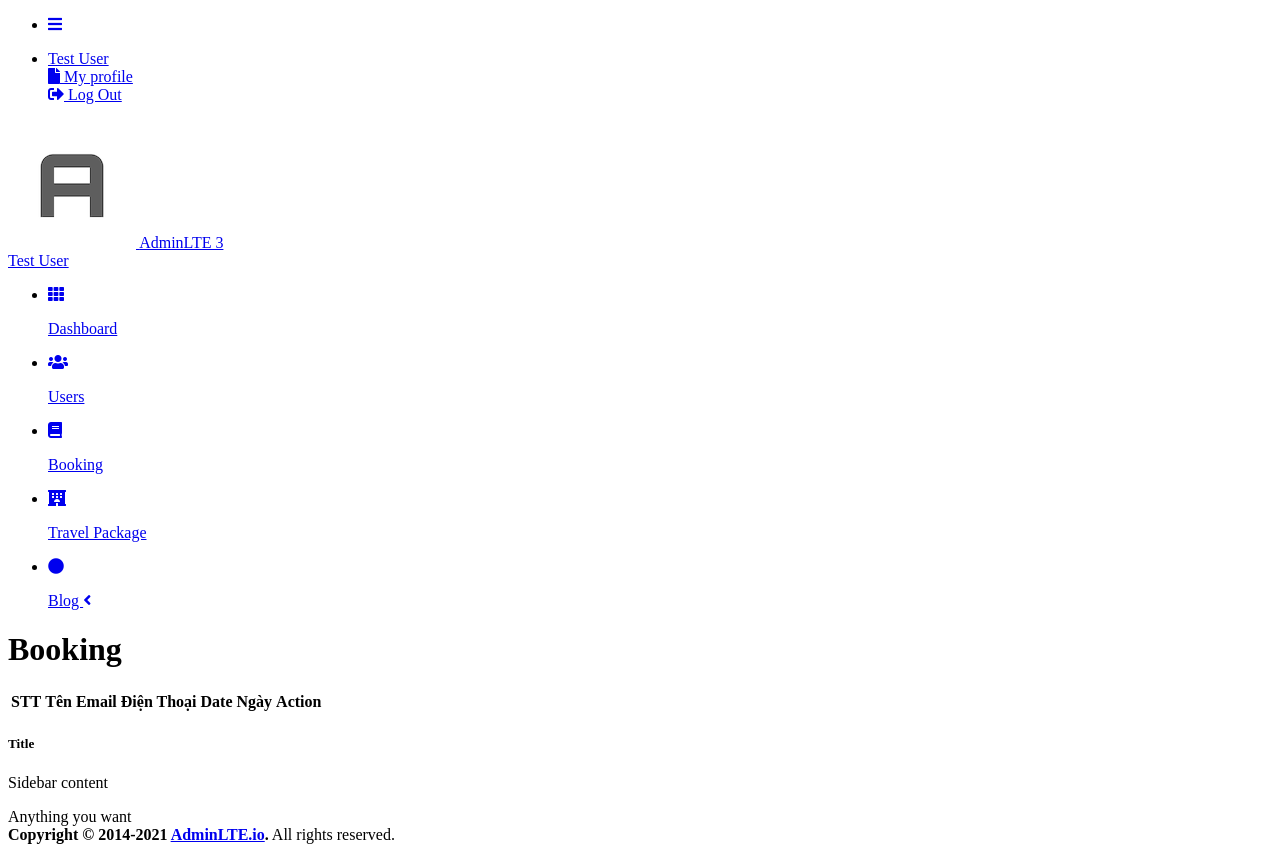
Repository: Thanghuu01222059/Booking-hotel
Page: http://localhost/admin/bookings
These files come from the project's save history. The page is drawn as it stood at one moment and after the next save; the edit follows.
The browser window is 1280 px wide. The pictures show the whole page.
Some web fonts or font styles are not loaded; a fallback is used. The page is served by the project's Laravel application, run on PHP 8.4 with Laravel 10. A made-up administrator, Test User (test@example.com), is signed in. Other server files are loaded and not shown. Queries for data that is not in the repository find no rows.

Above is the page before, as saved 2023-11-04 16:50:34.
Console error: TypeError: Cannot read properties of undefined (reading 'fn')

### routes/web.php
<?php

use Illuminate\Support\Facades\Route;
use Illuminate\Support\Facades\Auth;


Auth::routes(['register' => false]);


Route::group(['middleware' => ['is_admin','auth'], 'prefix' => 'admin', 'as' => 'admin.'], function() {
    Route::get('dashboard', [App\Http\Controllers\Admin\DashboardController::class, 'index'])->name('dashboard');

    // booking
    Route::resource('bookings', \App\Http\Controllers\Admin\BookingController::class)->only(['index', 'destroy']);
    // travel packages
    Route::resource('travel_packages', \App\Http\Controllers\Admin\TravelPackageController::class)->except('show');
    Route::resource('travel_packages.galleries', \App\Http\Controllers\Admin\GalleryController::class)->except(['create', 'index','show']);
    // categories
    Route::resource('categories', \App\Http\Controllers\Admin\CategoryController::class)->except('show');
    // blogs
    Route::resource('blogs', \App\Http\Controllers\Admin\BlogController::class)->except('show');
    // profile
    Route::get('users', [\App\Http\Controllers\UserController::class, 'index'])->name('users.index');
    Route::get('profile', [\App\Http\Controllers\ProfileController::class, 'show'])->name('profile.show');
    Route::put('profile', [\App\Http\Controllers\ProfileController::class, 'update'])->name('profile.update');
});

Route::get('/', [\App\Http\Controllers\HomeController::class, 'index'])->name('homepage');
// travel packages
Route::get('travel-packages',[\App\Http\Controllers\TravelPackageController::class, 'index'])->name('travel_package.index');
Route::get('travel-packages/{travel_package:slug}',[\App\Http\Controllers\TravelPackageController::class, 'show'])->name('travel_package.show');
// blogs
Route::get('blogs', [\App\Http\Controllers\BlogController::class, 'index'])->name('blog.index');
Route::get('blogs/{blog:slug}', [\App\Http\Controllers\BlogController::class, 'show'])->name('blog.show');
Route::get('blogs/category/{category:slug}', [\App\Http\Controllers\BlogController::class, 'category'])->name('blog.category');
// contact
Route::get('contact', function() {
    return view('contact');
})->name('contact');
// booking
Route::post('booking', [App\Http\Controllers\BookingController::class, 'store'])->name('booking.store');

### app/Http/Controllers/Admin/BookingController.php
<?php

namespace App\Http\Controllers\Admin;

use App\Models\Booking;
use Illuminate\Http\Request;
use App\Http\Controllers\Controller;

class BookingController extends Controller
{
    /**
     * Display a listing of the resource.
     */
    public function index()
    {
        $bookings = Booking::with('travel_package')->paginate(10);

        return view('admin.bookings.index', compact('bookings'));
    }

    /**
     * Show the form for creating a new resource.
     */
    public function create()
    {
        //
    }

    /**
     * Store a newly created resource in storage.
     */
    public function store(Request $request)
    {
        //
    }

    /**
     * Display the specified resource.
     */
    public function show(string $id)
    {
        //
    }

    /**
     * Show the form for editing the specified resource.
     */
    public function edit(string $id)
    {
        //
    }

    /**
     * Update the specified resource in storage.
     */
    public function update(Request $request, string $id)
    {
        //
    }

    /**
     * Remove the specified resource from storage.
     */
    public function destroy(Booking $booking)
    {
        $booking->delete();

        return redirect()->back()->with([
            'message' => 'success deleted !',
            'alert-type' => 'danger'
        ]);
    }
}

### app/Models/Booking.php
<?php

namespace App\Models;

use Illuminate\Database\Eloquent\Factories\HasFactory;
use Illuminate\Database\Eloquent\Model;

class Booking extends Model
{
    use HasFactory;

    protected $guarded = ['id'];

    public function travel_package()
    {
        return $this->belongsTo(TravelPackage::class);
    }
}

### resources/views/admin/bookings/index.blade.php
@extends('layouts.app')

@section('content')
    <!-- Content Header (Page header) -->
    <div class="content-header">
        <div class="container-fluid">
            <div class="row mb-2">
                <div class="col-sm-12 justify-content-between d-flex">
                    <h1 class="m-0">{{ __('Booking') }}</h1>
                </div><!-- /.col -->
            </div><!-- /.row -->
        </div><!-- /.container-fluid -->
    </div>
    <!-- /.content-header -->

    <!-- Main content -->
    <div class="content">
        <div class="container-fluid">
            <div class="row">
                <div class="col-lg-12">

                    <div class="card">
                        <div class="card-body p-0">

                            <table class="table">
                                <thead>
                                    <tr>
                                        <th>STT</th>
                                        <th>Tên</th>
                                        <th>Email</th>
                                        <th>Điện Thoại</th>
                                        <th>Date</th>
                                        <th>Ngày</th>
                                        <th>Action</th>
                                    </tr>
                                </thead>
                                <tbody>
                                @foreach($bookings as $booking)
                                    <tr>
                                        <td>{{ $loop->iteration }}</td>
                                        <td>{{ $booking->name }}</td>
                                        <td>{{ $booking->email }}</td>
                                        <td>{{ $booking->number_phone }}</td>
                                        <td>{{ $booking->date }}</td>
                                        <td>{{ $booking->travel_package->location }}</td>
                                        <td>
                                            <form onclick="return confirm('are you sure ?');" class="d-inline-block" action="{{ route('admin.bookings.destroy', [$booking]) }}" method="post">
                                                @csrf
                                                @method('delete')
                                                <button class="btn btn-sm btn-danger"> <i class="fa fa-trash"></i> </button>
                                            </form>
                                        </td>
                                    </tr>
                                @endforeach
                                </tbody>
                            </table>
                        </div>
                        <!-- /.card-body -->

                        <div class="card-footer clearfix">
                            {{ $bookings->links() }}
                        </div>
                    </div>

                </div>
            </div>
            <!-- /.row -->
        </div><!-- /.container-fluid -->
    </div>
    <!-- /.content -->
@endsection

### resources/views/layouts/app.blade.php
<!DOCTYPE html>
<html lang="en">
<head>
    <meta charset="utf-8">
    <meta name="viewport" content="width=device-width, initial-scale=1">
    <title>{{ config('app.name', 'Laravel') }}</title>

    <!-- Google Font: Source Sans Pro -->
    <link rel="stylesheet"
          href="https://fonts.googleapis.com/css?family=Source+Sans+Pro:300,400,400i,700&display=fallback">
    <!-- Font Awesome -->
    <link rel="stylesheet" href="{{ asset('css/fontawesome.min.css') }}">
    <!-- Theme style -->
    <link rel="stylesheet" href="{{ asset('css/adminlte.min.css') }}">
    @yield('styles')
</head>
<body class="hold-transition sidebar-mini">
<div class="wrapper">

    <!-- Navbar -->
    <nav class="main-header navbar navbar-expand navbar-white navbar-light">
        <!-- Left navbar links -->
        <ul class="navbar-nav">
            <li class="nav-item">
                <a class="nav-link" data-widget="pushmenu" href="#" role="button"><i class="fas fa-bars"></i></a>
            </li>
        </ul>

        <!-- Right navbar links -->
        <ul class="navbar-nav ml-auto">
            <li class="nav-item dropdown">
                <a class="nav-link" data-toggle="dropdown" href="#" aria-expanded="false">
                    {{ Auth::user()->name }}
                </a>
                <div class="dropdown-menu dropdown-menu-right" style="left: inherit; right: 0px;">
                    <a href="{{ route('admin.profile.show') }}" class="dropdown-item">
                        <i class="mr-2 fas fa-file"></i>
                        {{ __('My profile') }}
                    </a>
                    <div class="dropdown-divider"></div>
                    <form method="POST" action="{{ route('logout') }}">
                        @csrf
                        <a href="{{ route('logout') }}" class="dropdown-item"
                           onclick="event.preventDefault(); this.closest('form').submit();">
                            <i class="mr-2 fas fa-sign-out-alt"></i>
                            {{ __('Log Out') }}
                        </a>
                    </form>
                </div>
            </li>
        </ul>
    </nav>
    <!-- /.navbar -->

    <!-- Main Sidebar Container -->
    <aside class="main-sidebar sidebar-dark-primary elevation-4">
        <!-- Brand Logo -->
        <a href="/" class="brand-link">
            <img src="{{ asset('images/AdminLTELogo.png') }}" alt="AdminLTE Logo"
                 class="brand-image img-circle elevation-3"
                 style="opacity: .8">
            <span class="brand-text font-weight-light">AdminLTE 3</span>
        </a>

        @include('layouts.navigation')
    </aside>

    <!-- Content Wrapper. Contains page content -->
    <div class="content-wrapper">
        @if(count($errors) > 0 )
        <div class="content-header mb-0 pb-0">
            <div class="container-fluid">
                <div class="alert alert-danger alert-dismissible fade show" role="alert">
                    <button type="button" class="close" data-dismiss="alert" aria-label="Close">
                        <span aria-hidden="true">&times;</span>
                    </button>
                    <ul class="p-0 m-0" style="list-style: none;">
                        @foreach($errors->all() as $error)
                        <li>{{$error}}</li>
                        @endforeach
                    </ul>
                </div>
            </div>
        </div>
        @endif
        @if(session()->has('message'))
            <div class="content-header mb-0 pb-0">
                <div class="container-fluid">
                    <div class="mb-0 alert alert-{{ session()->get('alert-type') }} alert-dismissible fade show" role="alert">
                        <strong>{{ session()->get('message') }}</strong>
                        <button type="button" class="close" data-dismiss="alert" aria-label="Close">
                            <span aria-hidden="true">&times;</span>
                        </button>
                    </div>
                </div><!-- /.container-fluid -->
            </div>
        @endif
        @yield('content')
    </div>
    <!-- /.content-wrapper -->

    <!-- Control Sidebar -->
    <aside class="control-sidebar control-sidebar-dark">
        <!-- Control sidebar content goes here -->
        <div class="p-3">
            <h5>Title</h5>
            <p>Sidebar content</p>
        </div>
    </aside>
    <!-- /.control-sidebar -->

    <!-- Main Footer -->
    <footer class="main-footer">
        <!-- To the right -->
        <div class="float-right d-none d-sm-inline">
            Anything you want
        </div>
        <!-- Default to the left -->
        <strong>Copyright &copy; 2014-2021 <a href="https://adminlte.io">AdminLTE.io</a>.</strong> All rights reserved.
    </footer>
</div>
<!-- ./wrapper -->

<!-- REQUIRED SCRIPTS -->

@vite('resources/js/app.js')
<!-- AdminLTE App -->
<script src="{{ asset('js/adminlte.min.js') }}" defer></script>

@yield('scripts')
</body>
</html>

### resources/views/layouts/navigation.blade.php
<!-- Sidebar -->
<div class="sidebar">
    <!-- Sidebar user panel (optional) -->
    <div class="user-panel mt-3 pb-3 mb-3 d-flex">
        <div class="info">
            <a href="{{ route('admin.profile.show') }}" class="d-block">{{ Auth::user()->name }}</a>
        </div>
    </div>

    <!-- Sidebar Menu -->
    <nav class="mt-2">
        <ul class="nav nav-pills nav-sidebar flex-column" data-widget="treeview" role="menu"
            data-accordion="false">
            <li class="nav-item">
                <a href="{{ route('admin.dashboard') }}" class="nav-link">
                    <i class="nav-icon fas fa-th"></i>
                    <p>
                        {{ __('Dashboard') }}
                    </p>
                </a>
            </li>

            <li class="nav-item">
                <a href="{{ route('admin.users.index') }}" class="nav-link">
                    <i class="nav-icon fas fa-users"></i>
                    <p>
                        {{ __('Users') }}
                    </p>
                </a>
            </li>
            <li class="nav-item">
                <a href="{{ route('admin.bookings.index') }}" class="nav-link">
                    <i class="nav-icon fas fa-book"></i>
                    <p>
                        {{ __('Booking') }}
                    </p>
                </a>
            </li>

            <li class="nav-item">
                <a href="{{ route('admin.travel_packages.index') }}" class="nav-link">
                    <i class="nav-icon fa fa-hotel"></i>
                    <p>
                        {{ __('Travel Package') }}
                    </p>
                </a>
            </li>

            <li class="nav-item">
                <a href="#" class="nav-link">
                    <i class="nav-icon fas fa-circle nav-icon"></i>
                    <p>
                        Blog
                        <i class="fas fa-angle-left right"></i>
                    </p>
                </a>
                <ul class="nav nav-treeview" style="display: none;">
                    <li class="nav-item">
                        <a href="{{ route('admin.categories.index') }}" class="nav-link">
                            <i class="far fa-circle nav-icon"></i>
                            <p>Category</p>
                        </a>
                    </li>
                    <li class="nav-item">
                        <a href="{{ route('admin.blogs.index') }}" class="nav-link">
                            <i class="far fa-circle nav-icon"></i>
                            <p>Add Blog</p>
                        </a>
                    </li>
                </ul>
            </li>
        </ul>
    </nav>
    <!-- /.sidebar-menu -->
</div>
<!-- /.sidebar -->

Loaded but not shown: app/Http/Controllers/Auth/ConfirmPasswordController.php (common file); app/Http/Controllers/Controller.php (common file); app/Models/User.php (common file); public/css/fontawesome.min.css (library); public/js/adminlte.min.js (library)

After the next save:
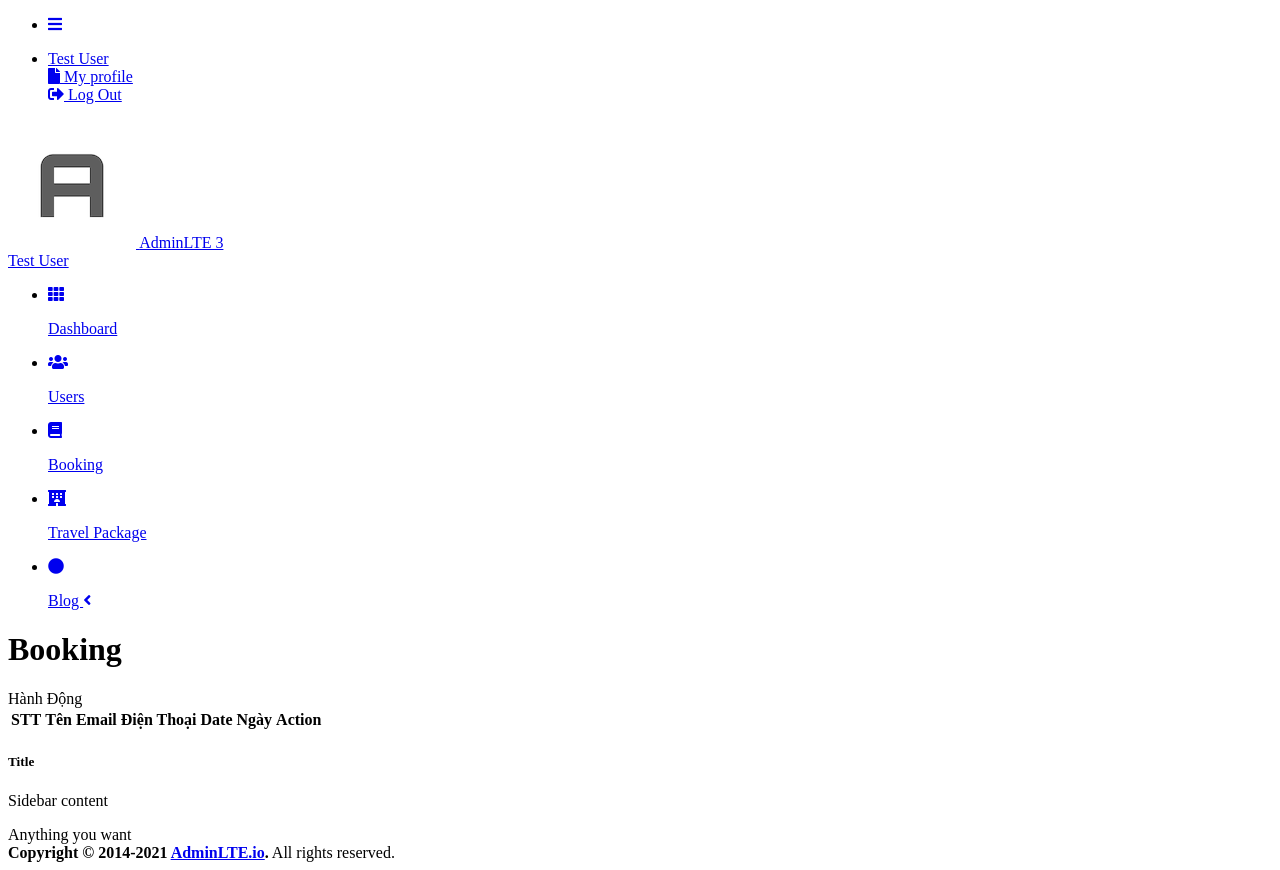
Saved 4 s later.
--- a/resources/views/admin/bookings/index.blade.php
+++ b/resources/views/admin/bookings/index.blade.php
@@ -32,7 +32,7 @@
                                         <th>Date</th>
                                         <th>Ngày</th>
                                         <th>Action</th>
-                                    </tr>
+                                    </tr>Hành Động
                                 </thead>
                                 <tbody>
                                 @foreach($bookings as $booking)
